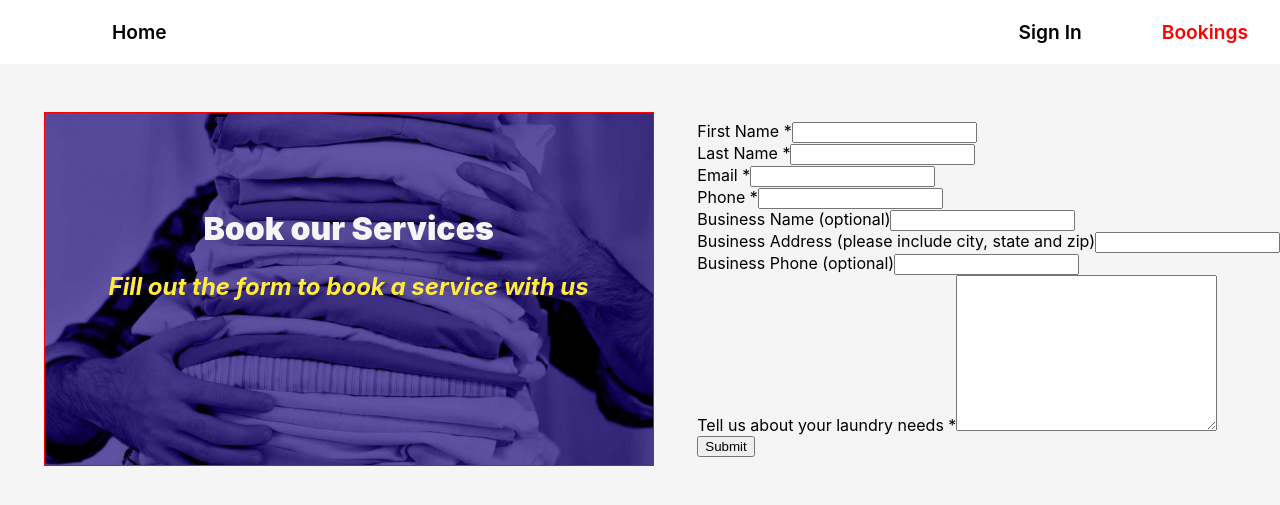
Repository: MikkyPrestige/fake-user-authentication
Page: /booking
An editor plug-in stored every save of this project. The page is shown before and after the next save, followed by the edit.
The browser window is 1280 px wide. The pictures show the whole page.
The project was rebuilt for these pictures with package versions that can differ from the ones it lists, and the page was loaded fresh each time. Also part of the build but not shown: src/assets/styles/home.css, src/components/home.jsx.

Above is the page before, as saved 2022-11-20 03:18:32.

After the next save:
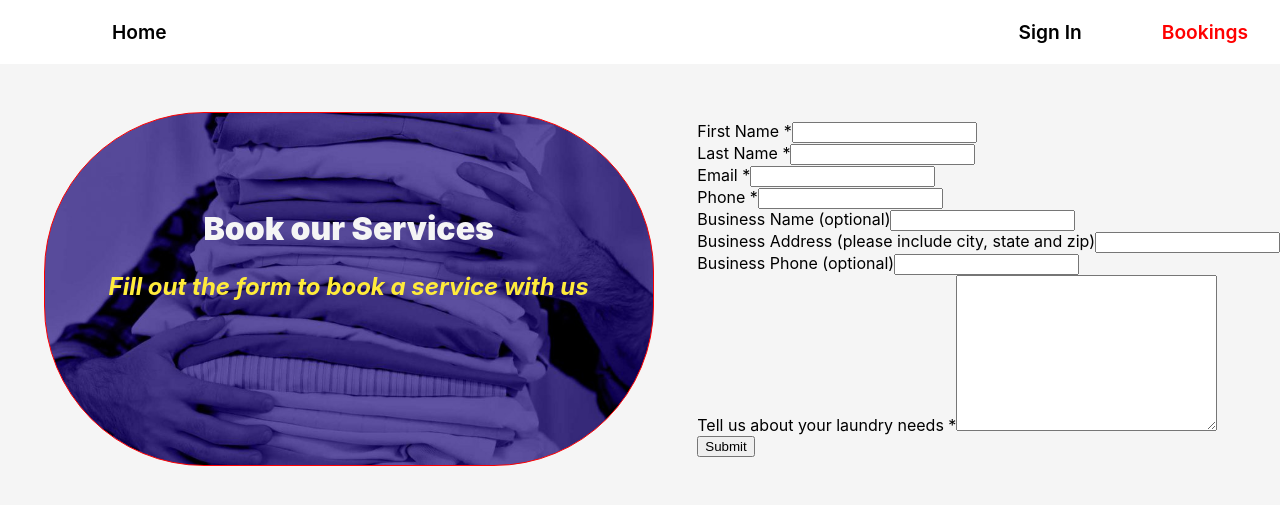
Saved 30 s later.
--- a/src/assets/styles/booking.css
+++ b/src/assets/styles/booking.css
@@ -21,6 +21,11 @@
   padding: 1rem;
   margin: 2rem auto;
   border: 1px solid red;
+  border-radius: 10rem;
+  -webkit-border-radius: 10rem;
+  -moz-border-radius: 10rem;
+  -ms-border-radius: 10rem;
+  -o-border-radius: 10rem;
 }
 
 .booking__title {
